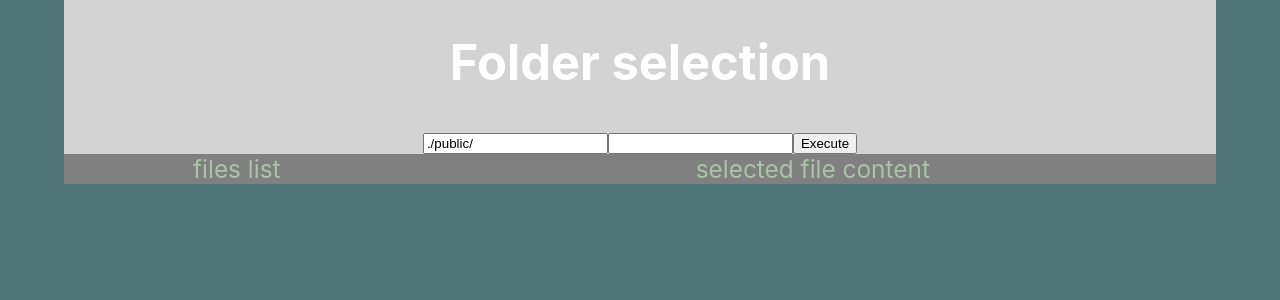
Repository: idubi/DevopsCourse
Page: / (app in lesson03/assignment/client/)
The author's editor kept a copy of each file at every save. The page is drawn from the files as they stood at one save, then again after the next save.
The browser window is 1280 px wide. The pictures show the whole page.
The project was rebuilt for these pictures with package versions that can differ from the ones it lists, and the page was loaded fresh each time.

Above is the page before, as saved 2023-06-15 03:33:44.

### lesson03/assignment/client/src/App.js
import "./App.css";
import "./components/FilesBrowser";
import FileBrowser from "./components/FilesBrowser";
import styled from "styled-components";

function App() {
  return (
    <Container className="App">
      <header className="App-header">
        <FileBrowser></FileBrowser>
      </header>
    </Container>
  );
}

const Container = styled.div`
  display: flex;
  flex-direction: column;
  height: 100%;
  width: 100%;
`;

export default App;

### lesson03/assignment/client/src/App.css
.App {
  text-align: center;
}

.App-logo {
  height: 40vmin;
  pointer-events: none;
}

@media (prefers-reduced-motion: no-preference) {
  .App-logo {
    animation: App-logo-spin infinite 20s linear;
  }
}

.App-header {
  background-color: #507578;
  min-height: 100vh;
  display: flex;
  flex-direction: column;
  align-items: center;

  font-size: calc(10px + 2vmin);
  color: white;
}

.App-link {
  color: #61dafb;
}

### lesson03/assignment/client/src/components/FilesBrowser.js
import React, { useState } from "react";
import styled from "styled-components";
function FileBrowser() {
  const [path, setPath] = useState("");
  // const [response, setResponse] = useState("");

  const handlePathChange = (event) => {
    setPath(event.target.value);
  };

  const handleExecute = () => {
    //   fetch(path)
    //     .then((response) => response.json())
    //     .then((data) => setResponse(JSON.stringify(data)))
    //     .catch((error) => console.error("Error:", error));
  };

  return (
    <Container>
      <Upper>
        <h1>Folder selection</h1>
        <Label type="text" value="./public/" />
        <input type="text" value={path} onChange={handlePathChange} />
        <button onClick={handleExecute}>Execute</button>
      </Upper>
      <Lower>
        <LeftLowerDiv>files list</LeftLowerDiv>
        <RightLowerDiv>selected file content</RightLowerDiv>
      </Lower>
    </Container>
  );
}

const Container = styled.div`
  display: flex;
  flex-direction: column;
  height: 90%;
  width: 90%;
`;

const Upper = styled.div`
  height: 30%;
  background-color: lightgrey;
`;

const Lower = styled.div`
  display: flex;
  flex-direction: row;
  height: 100%;
  color: #abc3a7;
`;

const LeftLowerDiv = styled.div`
  width: 30%;
  height: 100%;
  background-color: gray;
`;
const RightLowerDiv = styled.div`
  width: 70%;
  height: 100%;
  background-color: gray;
`;
const Label = styled.input`
  size: 12pc;
`;
export default FileBrowser;

Loaded but not shown: lesson03/assignment/client/public/index.html (common file); lesson03/assignment/client/src/index.js (common file); lesson03/assignment/client/src/index.css (common file); lesson03/assignment/client/src/reportWebVitals.js (common file)

After the next save:
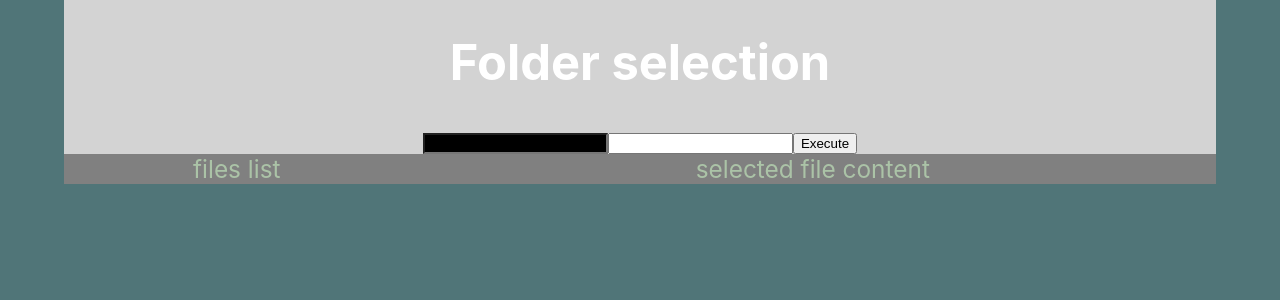
Saved 37 s later.
--- a/lesson03/assignment/client/src/components/FilesBrowser.js
+++ b/lesson03/assignment/client/src/components/FilesBrowser.js
@@ -62,5 +62,6 @@ const RightLowerDiv = styled.div`
 `;
 const Label = styled.input`
   size: 12pc;
+  background: black;
 `;
 export default FileBrowser;
